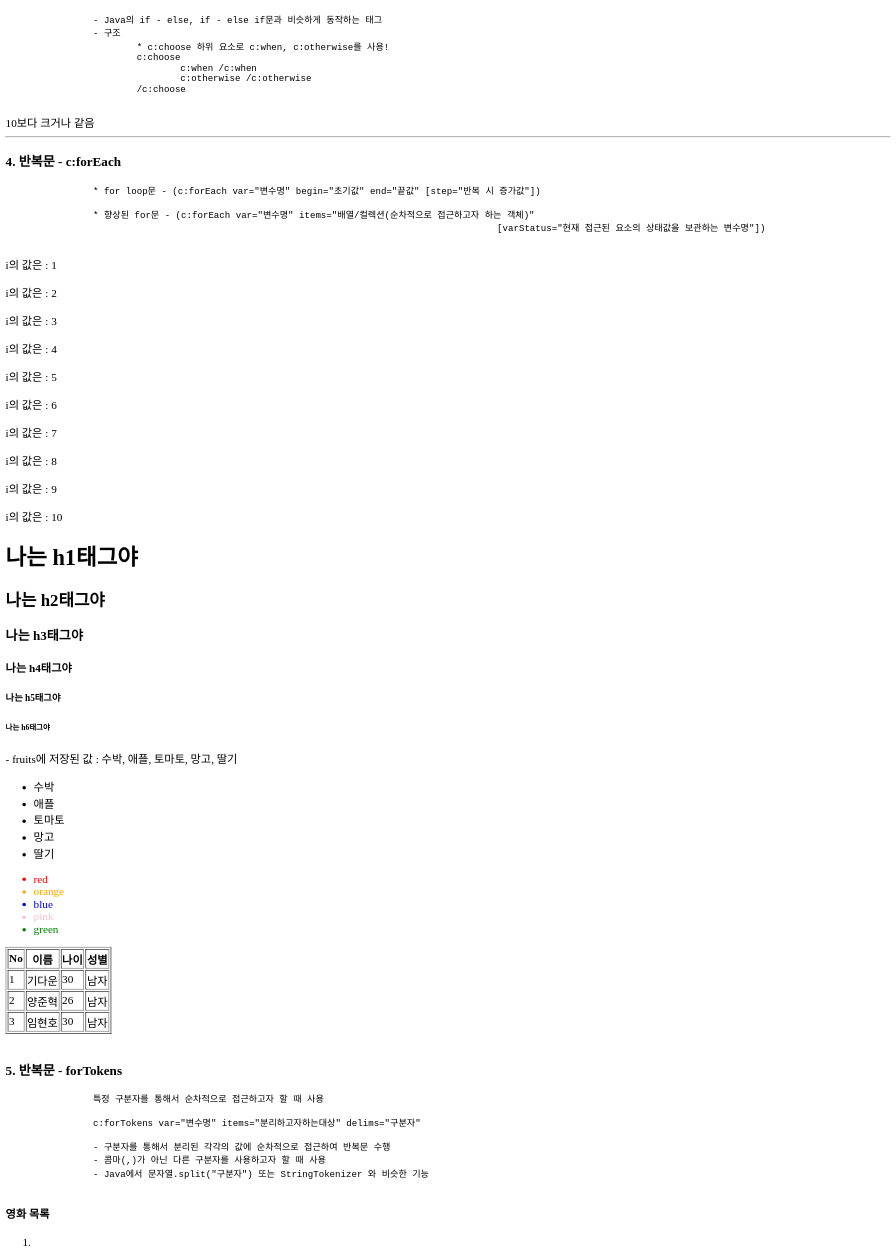
Repository: Developer-Choi-Jae-Young/ServletPractice
Page: http://localhost/3_elAction/views/3_Custom_Action/01_core.jsp
An editor plug-in stored every save of this project. The page is shown before and after the next save, followed by the edit.
The browser window is 1280 px wide. The pictures show the part of the page from y = 1024 to 2944 px (the page is 2824 px tall before and 2944 px after), at 70% of full size.
The page is served by Tomcat 9.

Above is the page before, as saved 2024-08-27 06:31:11.

After the next save:
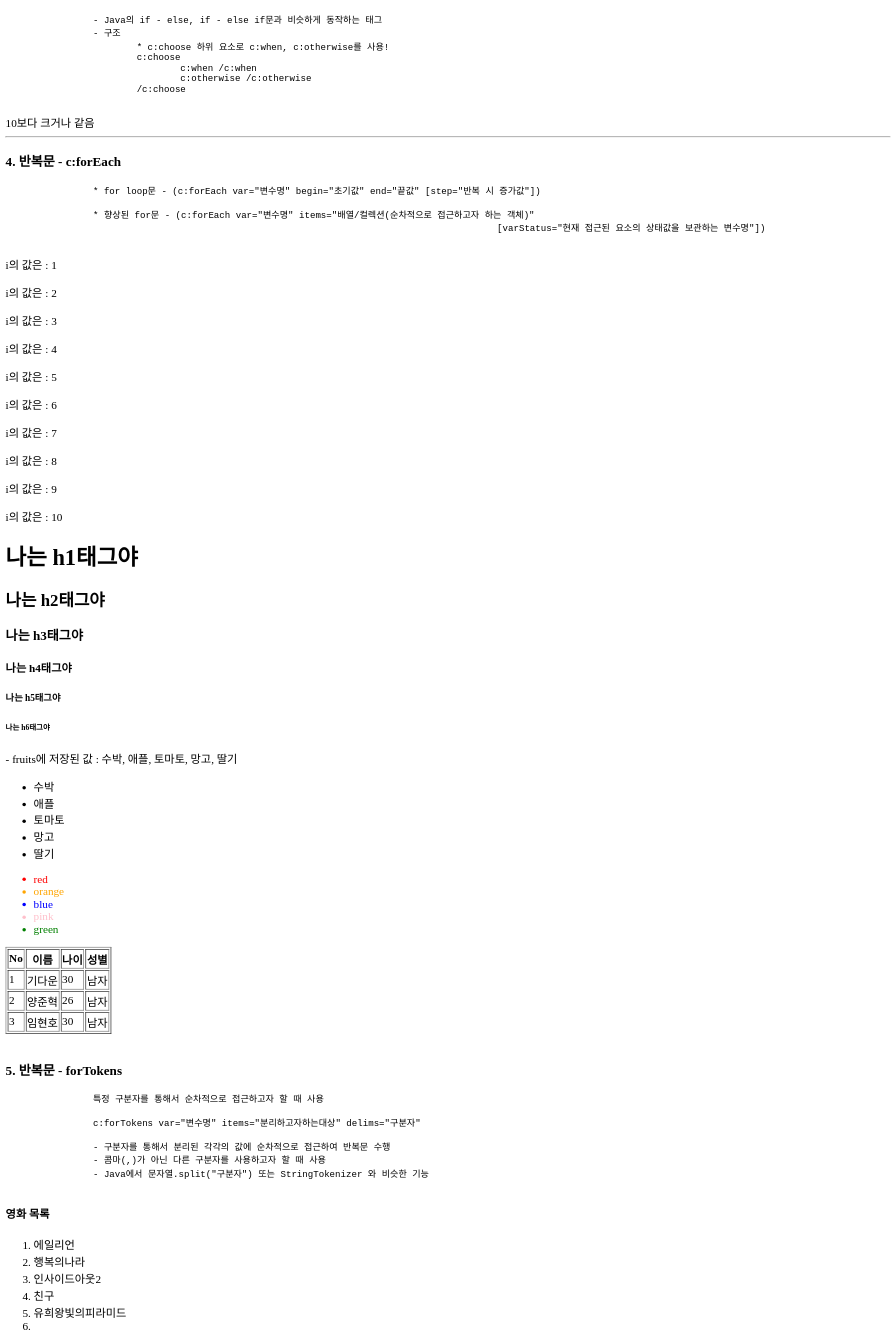
Saved 7 s later.
--- a/3_elAction/src/main/webapp/views/3_Custom_Action/01_core.jsp
+++ b/3_elAction/src/main/webapp/views/3_Custom_Action/01_core.jsp
@@ -265,7 +265,7 @@
 	 <h4>영화 목록</h4>
 	 <ol>
 	 	<c:forTokens var="m" items="${ movie }" delims="/.,">
-
+	 		<li>${ m }</li>
 	 	</c:forTokens>
 	 	<li></li>
 	 </ol>
